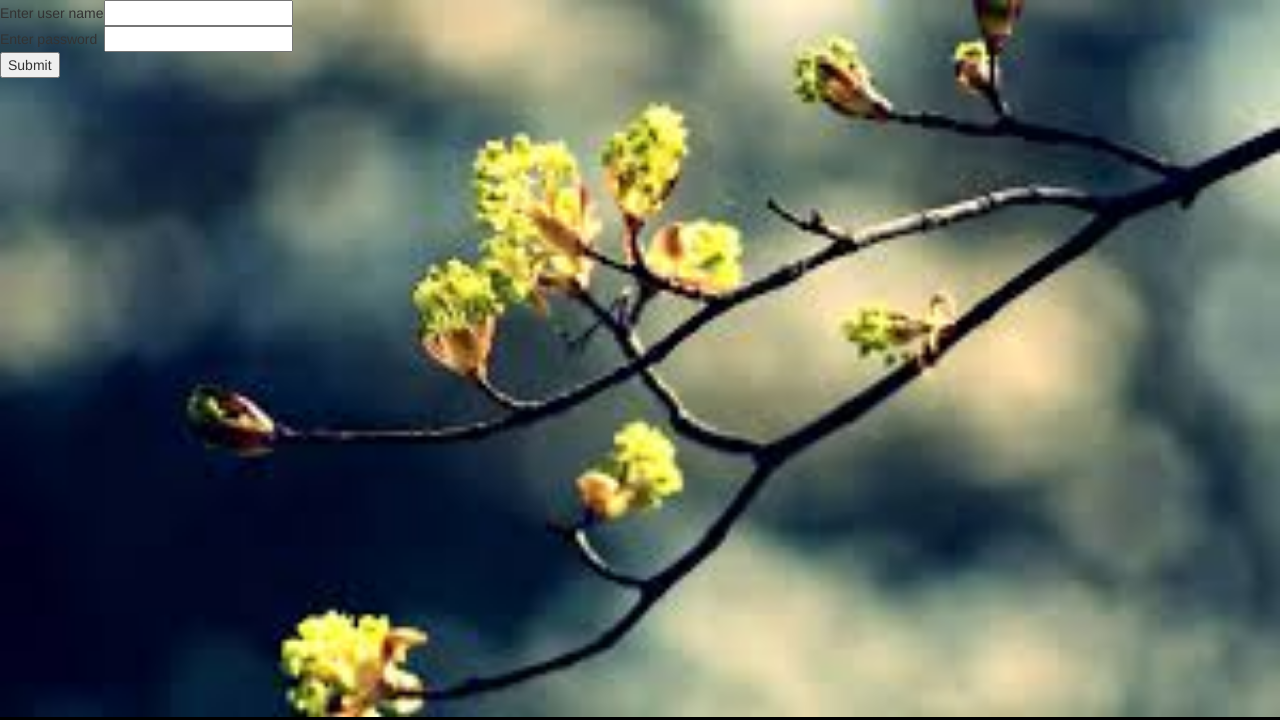
Repository: 123poornima/UpdatedSecondProject
Page: frontendPro/WebContent/_user/login.html
The author's editor kept a copy of each file at every save. The page is drawn from the files as they stood at one save, then again after the next save.
The browser window is 1280 px wide. The pictures show the whole page.

Above is the page before, as saved 2017-01-10 04:15:46.

After the next save:
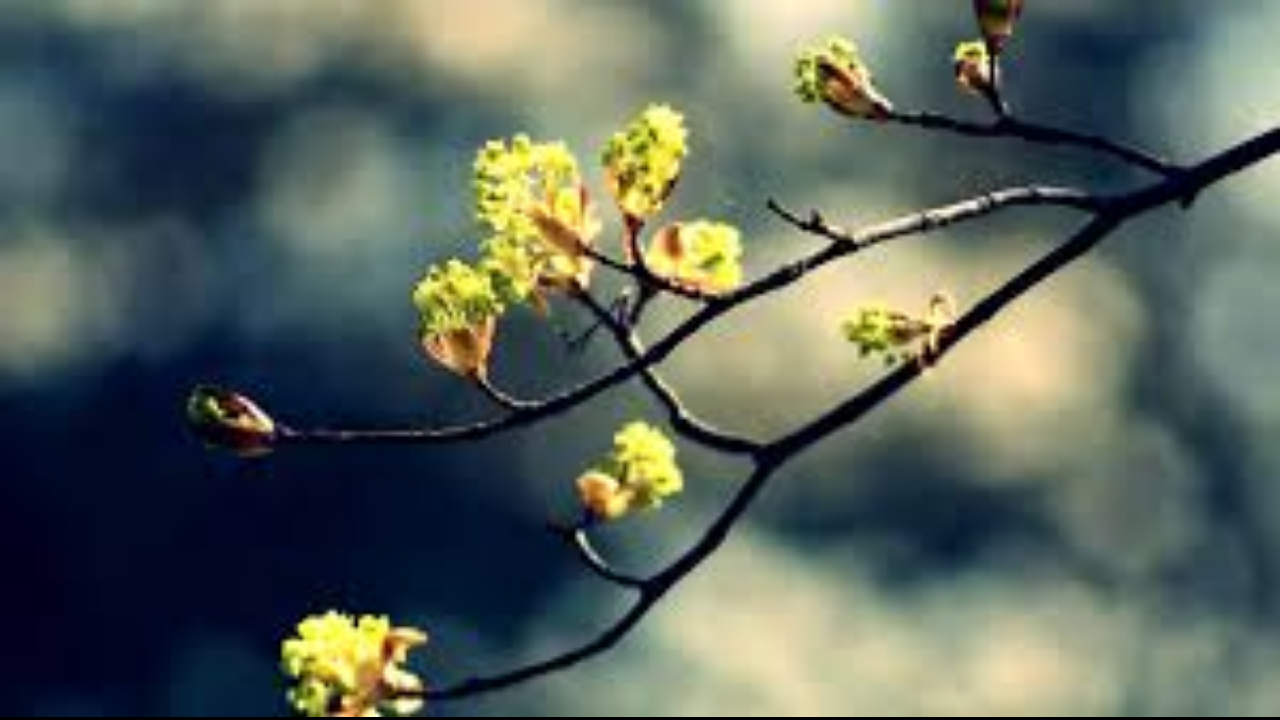
Saved 8 min 1 s later.
--- a/frontendPro/WebContent/_user/login.html
+++ b/frontendPro/WebContent/_user/login.html
@@ -20,21 +20,6 @@ background-size:     cover;
 </style>
 </head>
 <body>
-<form>
-<table>
-<tr>
-<td>Enter user name</td><td><input type="text" ng-model="user.username"></td>
-</tr>
-<tr>
-<td>Enter password</td><td><input type="password" ng-model="user.password"></td>
 
-</tr>
-<tr>
-<td><input type="submit" ng-click="submit()"></td>
-</tr>
-
-</table>
-
-</form>
 </body>
 </html>
